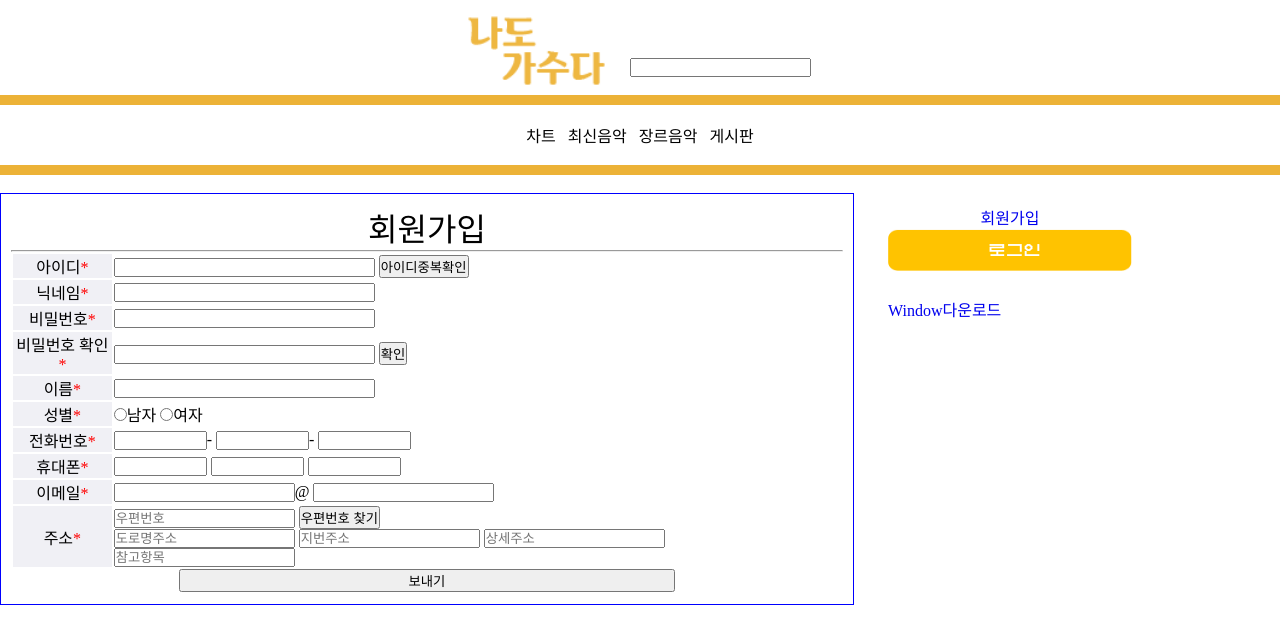
Repository: Ea-Bell/GraduationPortfolio
Page: http://localhost/WebTest/webTest/View/login/signUp.jsp
The author's editor kept a copy of each file at every save. The page is drawn from the files as they stood at one save, then again after the next save.
The browser window is 1280 px wide. The pictures show the whole page.
The page is served by Tomcat 9. Nobody is signed in. The application's start-up code is not run. Other server files are loaded and not shown.

Above is the page before, as saved 2020-09-16 08:30:45.

### WEB_Server/WebTest/WebContent/webTest/View/login/signUp.jsp
<%@ page language="java" contentType="text/html; charset=UTF-8"
	pageEncoding="UTF-8"%>
<%@ taglib uri="http://java.sun.com/jsp/jstl/core" prefix="c"%>
<!DOCTYPE html>
<html>
<head>

<meta charset="UTF-8">
<title>회원가입</title>
<link rel="stylesheet" type="text/css" href="/webTest/Model/login/info.css" />
<link rel="stylesheet" type="text/css"
	href="/webTest/Model/mainForm/mainForm.css" />
<script type="text/javascript" src="/webTest/Model/mainForm/mainForm.js"></script>
</head>
<%-- 기본 기능 스크립트--%>
<script type="text/javascript" src="/webTest/Model/login/info.js"></script>

<%-- 다음 주소 스크립트--%>
<script
	src="https://t1.daumcdn.net/mapjsapi/bundle/postcode/prod/postcode.v2.js"></script>

<body>

<header>
	<div align="center">

		<form action="mainForm.jsp" method="post">
			<!-- 헤더 -->

				<a href="/index" style="background: white;">
					 <img src="/webTest/img/logo.png"
					 style="position: relative; top: 15px; left: 0px; width: 140px; width:140px"></a>
					  <input type="text" onclick=""
					style="position: relative; left: 20px;">
				&nbsp;&nbsp;&nbsp;&nbsp;&nbsp; <br>
				<br>

				<hr id="head_line" size="10px" color="#ECB237">

				<br> <a href="" onmouseover="TextMover()"
					onmouseout="TextMount()" id="nav" style="color: black;">차트</a>
				&nbsp; <a href="/webTest/View/fileUpLoad/fileList.jsp" onmouseover="TextMover2()"
					onmouseout="TextMount2()" id="nav2" style="color: black;">최신음악</a>
				&nbsp; <a href="" onmouseover="TextMover3()"
					onmouseout="TextMount3()" id="nav3" style="color: black;">장르음악</a>
						&nbsp; <a href="/webTest/article/list.jsp"  id="nav3" style="color: black;">게시판</a>
				<br>
				<br>
		</form>



	</div>
</header>
		<hr id="head_line" size="10px" color="#ECB237">
		<br>
	<!-- 콘텐츠 -->

	<div id="content"  style="border:1px solid blue; padding:10px; width: 65%;  float: left;" >


<form action="" name="join" method="post">
		<div align="center">
			<span> <font size="6px">회원가입</font>
			</span>
			<hr>
		</div>
		<div align="center">
			<table>
				<tr>
					<td align="center" id="iColor">아이디<span id="iSpan">*</span></td>
					<td><input type="text" size="30" name="id" value="${param.id}">
						<input type="submit" value="아이디중복확인" name="btn1" onclick="Btn(1)">
					</td>
				</tr>
				<tr>
					<td align="center" id="iColor">닉네임<span id="iSpan">*</span></td>
					<td><input type="text" size="30" name="nickname"> <c:if
							test="${errors.nickname }">닉네임을 입력하시오.</c:if></td>
				</tr>
				<tr>
					<td align="center" id="iColor">비밀번호<span id="iSpan">*</span></td>
					<td><input type="password" size="30" name="pw"> <c:if
							test="${errors.pw}}">암호를 입력하시오</c:if></td>
				</tr>
				<tr>
					<td align="center" id="iColor">비밀번호 확인<span id="iSpan">*</span></td>
					<td><input type="password" size="30"> <input type="submit"
						value="확인" name="confirmPw" onclick="Btn(3)"> <c:if
							test="${errors.confirmPw}">암호를 입력하시오.</c:if></td>
				</tr>
				<tr>
					<td align="center" id="iColor">이름<span id="iSpan">*</span></td>
					<td><input type="text" size="30" name="name"
						value="${param.name}"> <c:if test="${errors.name} }"></c:if>
					</td>
				</tr>

							<!-- 성별에서 디비 오류남 -->
				<tr>
					<td align="center" id="iColor">성별<span id="iSpan">*</span></td>
					<td><input type="radio" name="gender" value="남">남자 <input
						type="radio" name="gender" value="여">여자 <c:if
							test="${errors.gender}">성별을 클릭하시오.</c:if></td>
				</tr>
				<tr>
					<td align="center" id="iColor">전화번호<span id="iSpan">*</span></td>
					<td><input type="text" size="9" name="tel1">- <input
						type="text" size="9" name="tel2">- <input type="text"
						size="9" name="tel3"> <c:if test="${errors.tel }">전화번호를 입력하시오</c:if>
					</td>
				</tr>
				<tr>
					<td align="center" id="iColor">휴대폰<span id="iSpan">*</span></td>
					<td><input type="text" size="9" name="phone1"> <input
						type="text" size="9" name="phone2"> <input type="text"
						size="9" name="phone3"> <c:if test="${errors.phone}">번호를 입력하시오</c:if>
					</td>
				</tr>
				<tr>
					<td align="center" id="iColor">이메일<span id="iSpan">*</span></td>


			<td>
			<input type="text" name ="email1">@
			<input type="text" name ="email2">

			</td>
				<%-- 테스트 해야한다
<!-- 이메일  오류 있으니 이메일 체인지 찾아서 수정해서 완료할것(완료시 주석 삭제 요청함) -->

					<td>

						<input type="text" name="email1" onfocus="this.value='';"> @
						<input type="text" name="email2" value="" disabled>
						 <select name="email1" onchange="email_change()">
							<!--     <option value="0" >선택하세요</option> -->
							<option id="email2" value="9">직접입력</option>

							<option value="naver.com">naver.com</option>

							<option value="nate.com">nate.com</option>
					</select> <!-- 이메일끝 요기서 이메일 텍스트 부분을 3가지로 나눠서 생각하시오 --> <c:if
							test="errors.email">이메일을 입력하시오</c:if>
					</td>

					 --%>
				</tr>
				<tr>
					<td align="center" id="iColor">주소<span id="iSpan">*</span></td>

					<td><input type="text" id="sample4_postcode" name="addr1"
						placeholder="우편번호"> <input type="button"
						onclick="sample4_execDaumPostcode()" value="우편번호 찾기"><br>

						<input type="text" id="sample4_roadAddress" name="addr2"
						placeholder="도로명주소"> <input type="text"
						id="sample4_jibunAddress" name="addr3" placeholder="지번주소">

						<span id="guide" style="color: #999; display: none"></span> <input
						type="text" id="sample4_detailAddress" name="addr4"
						placeholder="상세주소"> <input type="text"
						id="sample4_extraAddress" name="addr5" placeholder="참고항목">
						<c:if test="errors.addr">주소를 입력하시오</c:if></td>
				</tr>
				<tr >
					<td colspan="2" align="center" ><input  style="width: 60%" type="submit" value="보내기" name="btn2"
						onclick="Btn(2)" ></td>
				</tr>
			</table>
		</div>
	</form>
	</div>



	<div style="padding:10px; width: 30%; float: right;">
		<aside id="main_aside">

			<table border="0">
				<tr>
					<td><c:if test="${empty authUser }">
							<div align="center"><a href=""></a> <a href="/webTest/login/signUp.jsp">회원가입</a></div>
							<a href="/webTest/login/login.jsp" ><img alt="" src="/webTest/img/login/login.png" style="height: 42px; width: 244px;"></a>
							<br>

						</c:if> <c:if test="${!empty authUser}">
				${authUser.nickname}님, 안녕하세요.<br />
							<a href="/LogoutHandler">[로그아웃하기]</a>
							<a href="changePwdForm.jsp">[암호변경하기]</a>
									&nbsp;&nbsp;&nbsp;&nbsp;&nbsp;&nbsp;&nbsp;&nbsp;&nbsp;&nbsp;<a href="/webTest/list/newMusicForm.jsp">[마이페이지]</a>
						</c:if></td>
				</tr>
			</table>

			<br>
			<table border="0">
				<tr>

					<td>
				<a href="/webTest/나는가수다.msi" download=>Window다운로드</a>
					</td>

				</tr>
			</table>

		</aside>
		</div>



	<!-- 바텀 -->
	<div align="center">



	</div>

</body>
</html>

### WEB_Server/WebTest/WebContent/webTest/Model/login/info.css
@charset "UTF-8";

#iColor
{
	background-color: #f0f0f5;
}
#iSpan
{
	color: red;
	align-content: center;
}

### WEB_Server/WebTest/WebContent/webTest/Model/mainForm/mainForm.css
@charset "UTF-8";
body{
	position: relative;
}

*{ margin:0; padding :0;}

img{border: 0; width:16px ; height: 16 px;}


#content{
	/* 중앙 정렬*/
	width: 960px;

	/* 수평 레이아웃 구성 */
	overflow: hidden;
}
#content > #main_section
{
	width: 650px;
	float: left;			/* 왼쪽에 붙입니다*/
}

#content > #main_aside{
	height:30%;
	width : 25%;
	float: right;           /*오른쪽에 붙입니다.*/
	margin-bottom: 20px;
	padding: 10px;

	color: #ff8000;


}



#content > #main_bside{

	width : 30%;
	height:0%;
	float: left;           /*왼쪽에 붙입니다.*/
	margin-bottom: 20px;
	padding: 10px;


}
#content > #main_cside{
	width :70%;
	height: 0%;
	float: none;           /*가운데에 붙입니다.*/
	margin-bottom: 20px;
	padding: 10px;
	border: 1px solid #e4e4e4;
	color: #ff8000;
	background-color:ff8000;
}

#textcolor{
	border: 1px solid #e4e4e4;
	color: #ff8000;
	background-color:ff8000;
}

#hr
{

}
#nav
{
	 font-family: ""
}
#winFont{
	font-family: "돋음";
	color: #1A1A1A;
}
a {
  text-decoration: none;
}

### WEB_Server/WebTest/WebContent/webTest/Model/mainForm/mainForm.js
/**
 *
 */

//문자나 이미지가 밖으로 나갔을경우
function TextMover() {
	var dama = document.getElementById('nav');
	dama.style.color="Red";
}
function ImgMover() {

}
function TextMover2() {
	var dama = document.getElementById('nav2');
	dama.style.color="Red";
}
function TextMover3() {
	var dama = document.getElementById('nav3');
	dama.style.color="Red";
}
//문자나 이미지가 밖으로 갔을경우
function TextMount() {
	var dama = document.getElementById('nav');
	dama.style.color="Black";
}
function TextMount2() {
	var dama = document.getElementById('nav2');
	dama.style.color="Black";
}
function TextMount3() {
	var dama = document.getElementById('nav3');
	dama.style.color="Black";
}
function ImgMount() {

}

### WEB_Server/WebTest/WebContent/webTest/Model/login/info.js
/**
 *
 */




function email_change(){

/*
if(document.join.email.options[document.join.email.selectedIndex].value == '0'){

 document.join.email2.disabled = true;

 document.join.email2.value = " ";
 dovument.join.email2.text = "";
}
*/



}
	function pwErrorCheck(){
	    var pw = document.join.wUserPW.value;
	    //var confirmPW = document.join.wUserPWConfirm.value;
	    if (pw.length < 6 || pw.length > 16) {
	        window.alert('비밀번호는 6글자 이상, 16글자 이하만 이용 가능합니다.');
	        document.join.pw.value =""
	        document.join.pwCheck.value="";
	        document.join.pw.focus();
	    }
	}


	function isSame(){
		var pw = document.join.pw.value;
	    var confirmPW = document.join.confirmPW.value;
		if(pw !="" && confirmPW!="") {
	        if(pw == confirmPW) {
	        	  document.getElementById('check').innerHTML='비밀번호가 일치합니다.'
	              document.getElementById('check').style.color='blue';
	        }
	        else {
	        	document.getElementById('check').innerHTML='비밀번호가 일치하지 않습니다.';
	            document.getElementById('check').style.color='red';
	        }
	    }
	}




function SetEmailTail(emailValue) {
	  if ( emailValue == "notSelected" ){
		  document.join.email2.readOnly = true;
		  document.join.email2.value = "";
	  }
	  else if ( emailValue == "etc" ) {
		  document.join.email2.readOnly = false;
		  document.join.email2.value = "";
	  } else {
		  document.join.email2.readOnly = true;
		  document.join.email2.value = emailValue;
	  }
}


function Btn(index){

	if(index ==1){
		document.join.method="post"
		document.join.action="../../test/test1.jsp";

	}
	else if(index==2)
		{
		document.join.method="post"
			document.join.action="/WebTest/Servlet";
		}
	else if(index ==3)
		{document.join.method="post"
		document.join.action="../../test/test3.jsp";
		}
	document.join.submit();
}



//본 예제에서는 도로명 주소 표기 방식에 대한 법령에 따라, 내려오는 데이터를 조합하여 올바른 주소를 구성하는 방법을 설명합니다.
function sample4_execDaumPostcode() {
    new daum.Postcode({
        oncomplete: function(data) {
            // 팝업에서 검색결과 항목을 클릭했을때 실행할 코드를 작성하는 부분.

            // 도로명 주소의 노출 규칙에 따라 주소를 표시한다.
            // 내려오는 변수가 값이 없는 경우엔 공백('')값을 가지므로, 이를 참고하여 분기 한다.
            var roadAddr = data.roadAddress; // 도로명 주소 변수
            var extraRoadAddr = ''; // 참고 항목 변수

            // 법정동명이 있을 경우 추가한다. (법정리는 제외)
            // 법정동의 경우 마지막 문자가 "동/로/가"로 끝난다.
            if(data.bname !== '' && /[동|로|가]$/g.test(data.bname)){
                extraRoadAddr += data.bname;
            }
            // 건물명이 있고, 공동주택일 경우 추가한다.
            if(data.buildingName !== '' && data.apartment === 'Y'){
               extraRoadAddr += (extraRoadAddr !== '' ? ', ' + data.buildingName : data.buildingName);
            }
            // 표시할 참고항목이 있을 경우, 괄호까지 추가한 최종 문자열을 만든다.
            if(extraRoadAddr !== ''){
                extraRoadAddr = ' (' + extraRoadAddr + ')';
            }

            // 우편번호와 주소 정보를 해당 필드에 넣는다.
            document.getElementById('sample4_postcode').value = data.zonecode;
            document.getElementById("sample4_roadAddress").value = roadAddr;
            document.getElementById("sample4_jibunAddress").value = data.jibunAddress;

            // 참고항목 문자열이 있을 경우 해당 필드에 넣는다.
            if(roadAddr !== ''){
                document.getElementById("sample4_extraAddress").value = extraRoadAddr;
            } else {
                document.getElementById("sample4_extraAddress").value = '';
            }

            var guideTextBox = document.getElementById("guide");
            // 사용자가 '선택 안함'을 클릭한 경우, 예상 주소라는 표시를 해준다.
            if(data.autoRoadAddress) {
                var expRoadAddr = data.autoRoadAddress + extraRoadAddr;
                guideTextBox.innerHTML = '(예상 도로명 주소 : ' + expRoadAddr + ')';
                guideTextBox.style.display = 'block';

            } else if(data.autoJibunAddress) {
                var expJibunAddr = data.autoJibunAddress;
                guideTextBox.innerHTML = '(예상 지번 주소 : ' + expJibunAddr + ')';
                guideTextBox.style.display = 'block';
            } else {
                guideTextBox.innerHTML = '';
                guideTextBox.style.display = 'none';
            }
        }
    }).open();
}

After the next save:
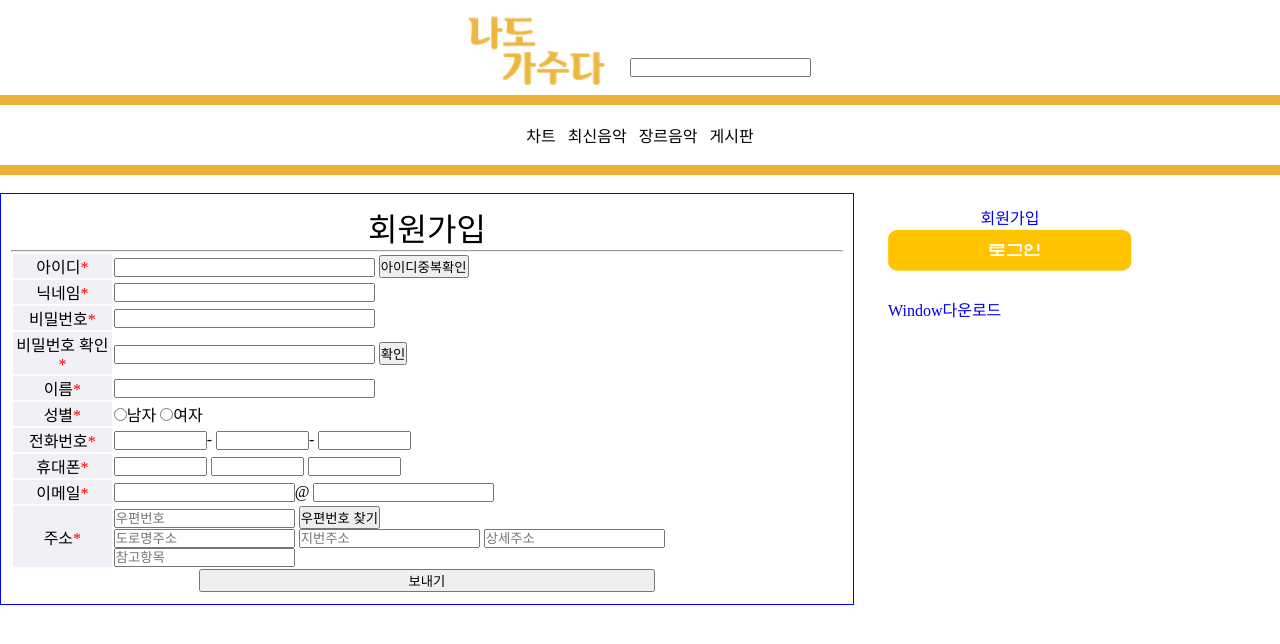
Saved 8 s later.
--- a/WEB_Server/WebTest/WebContent/webTest/View/login/signUp.jsp
+++ b/WEB_Server/WebTest/WebContent/webTest/View/login/signUp.jsp
@@ -164,7 +164,7 @@
 						<c:if test="errors.addr">주소를 입력하시오</c:if></td>
 				</tr>
 				<tr >
-					<td colspan="2" align="center" ><input  style="width: 60%" type="submit" value="보내기" name="btn2"
+					<td colspan="2" align="center" ><input  style="width: 55%" type="submit" value="보내기" name="btn2"
 						onclick="Btn(2)" ></td>
 				</tr>
 			</table>
